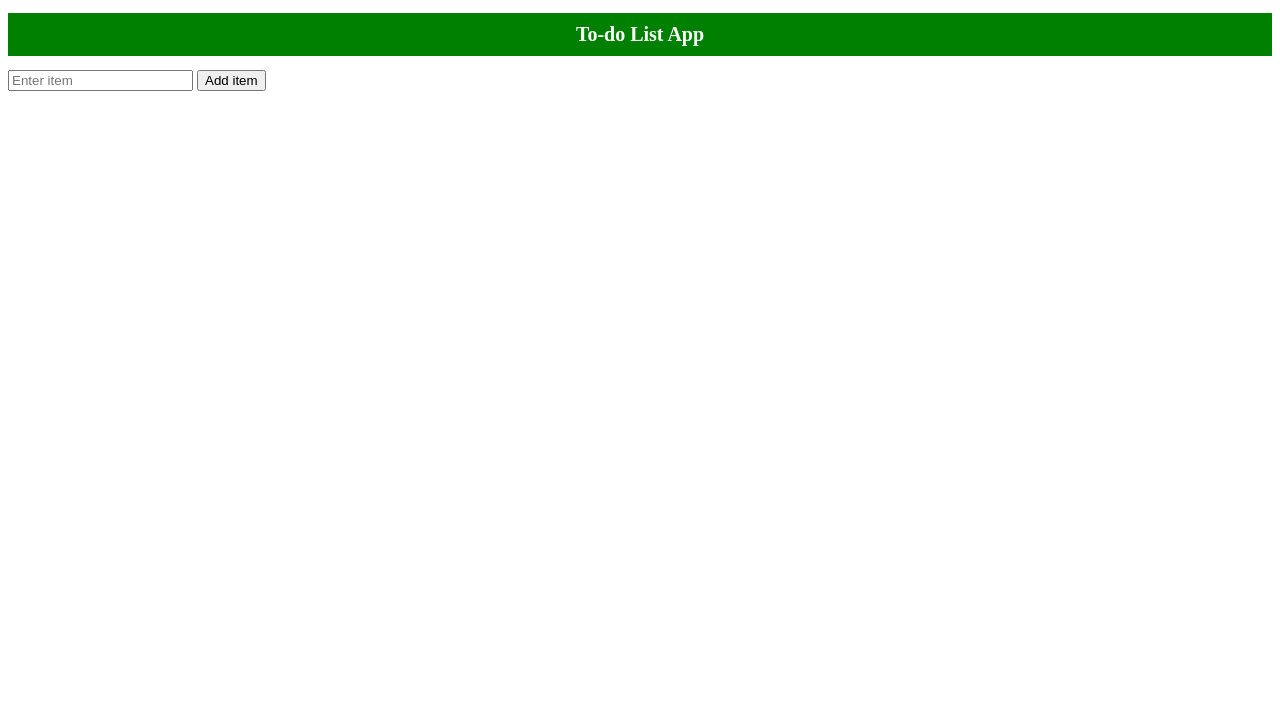
Repository: binhphanbp/WEB2064_JavaScript-Advanced_WD20305
Page: lesson4/lesson4.html
The author's editor kept a copy of each file at every save. The page is drawn from the files as they stood at one save, then again after the next save.
The browser window is 1280 px wide. The pictures show the whole page.

Above is the page before, as saved 2025-09-22 13:59:21.

After the next save:
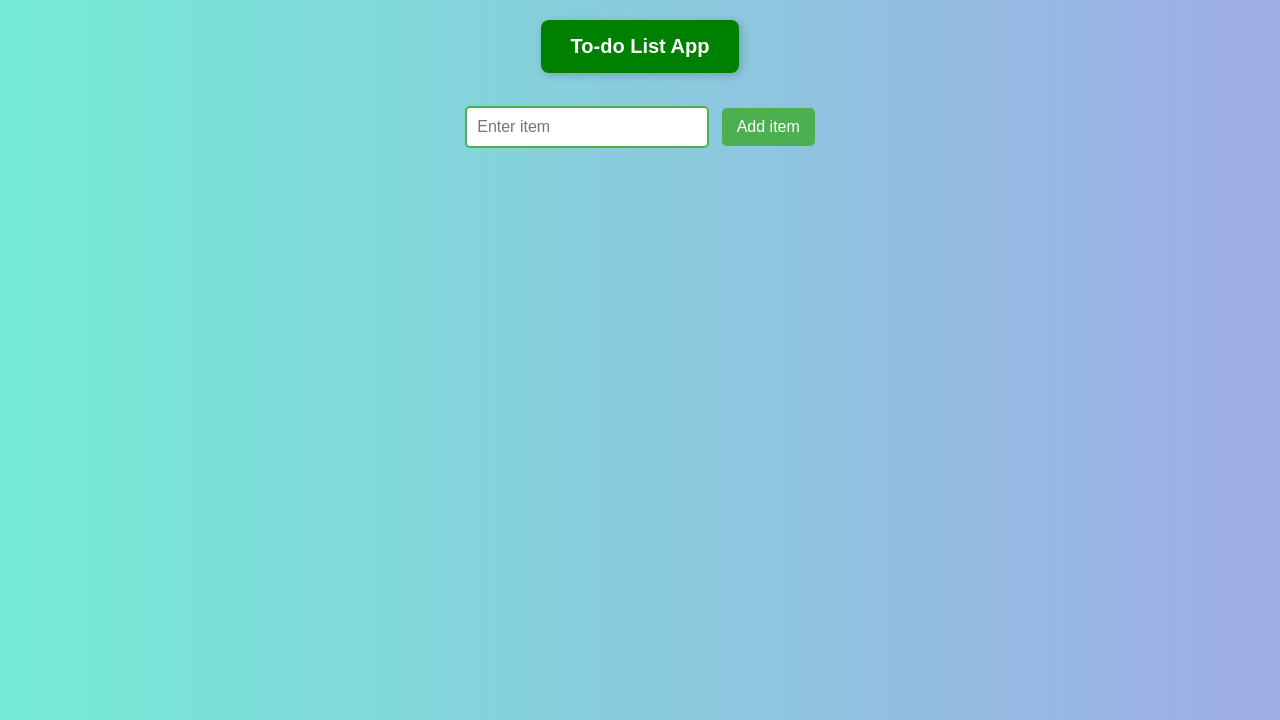
Saved 26 s later.
--- a/lesson4/lesson4.html
+++ b/lesson4/lesson4.html
@@ -6,18 +6,111 @@
     <title>Document</title>
 
     <style>
-      .styleH1 {
-        padding: 10px;
-        text-align: center;
+      body {
+        font-family: Arial, sans-serif;
+        background: linear-gradient(to right, #74ebd5, #9face6);
+        margin: 0;
+        padding: 0;
+        display: flex;
+        flex-direction: column;
+        align-items: center;
+        min-height: 100vh;
       }
 
-      .anotherStyleH1 {
-        box-shadow: 5px 5px 10px gray;
+      h1 {
+        margin-top: 20px;
+        font-size: 28px;
+        background-color: #4caf50;
+        color: white;
+        padding: 15px 30px;
+        border-radius: 8px;
+        box-shadow: 2px 2px 8px rgba(0, 0, 0, 0.2);
       }
 
-      .completed {
+      #divTodo {
+        margin: 20px 0;
+      }
+
+      #divTodo input {
+        padding: 10px;
+        font-size: 16px;
+        border: 2px solid #4caf50;
+        border-radius: 5px;
+        outline: none;
+        width: 220px;
+        transition: 0.3s;
+      }
+
+      #divTodo input:focus {
+        border-color: #2e7d32;
+        box-shadow: 0 0 6px rgba(46, 125, 50, 0.5);
+      }
+
+      #divTodo button {
+        padding: 10px 15px;
+        margin-left: 8px;
+        font-size: 16px;
+        color: white;
+        background-color: #4caf50;
+        border: none;
+        border-radius: 5px;
+        cursor: pointer;
+        transition: 0.3s;
+      }
+
+      #divTodo button:hover {
+        background-color: #2e7d32;
+      }
+
+      #ulTag {
+        list-style-type: none;
+        padding: 0;
+        margin: 0;
+        width: 300px;
+      }
+
+      #ulTag li {
+        background-color: #fff;
+        margin: 8px 0;
+        padding: 10px 15px;
+        border-radius: 5px;
+        display: flex;
+        justify-content: space-between;
+        align-items: center;
+        box-shadow: 2px 2px 5px rgba(0, 0, 0, 0.1);
+        cursor: pointer;
+        transition: 0.3s;
+      }
+
+      #ulTag li:hover {
+        background-color: #f1f1f1;
+      }
+
+      #ulTag li.completed {
         text-decoration: line-through;
         color: gray;
+        background-color: #e0e0e0;
+      }
+
+      #ulTag li button {
+        background-color: crimson;
+        border: none;
+        color: white;
+        padding: 5px 10px;
+        font-size: 14px;
+        border-radius: 5px;
+        cursor: pointer;
+        transition: 0.3s;
+      }
+
+      #ulTag li button:hover {
+        background-color: darkred;
+      }
+
+      h4 {
+        margin-top: 15px;
+        font-size: 18px;
+        color: #333;
       }
     </style>
   </head>
